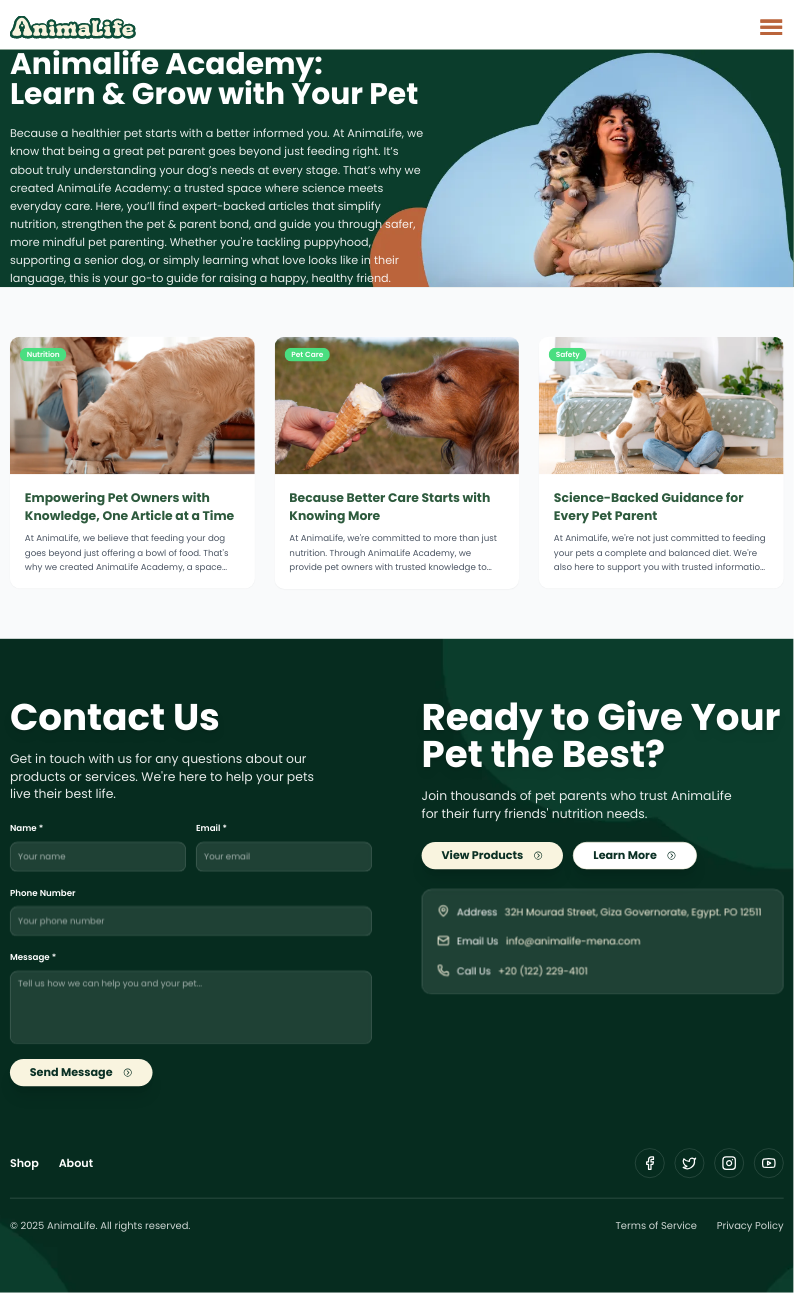
Repository: the-jupiteragency/animalife
Page: /academy
An editor plug-in stored every save of this project. The page is shown before and after the next save, followed by the edit.
The browser window is 1280 px wide. The pictures show the whole page, at 62% of full size.
The project was rebuilt for these pictures with package versions that can differ from the ones it lists, and the page was loaded fresh each time. The framework's server and built-in components were replaced by stand-ins that run in the browser. Also part of the build but not shown: next.config.mjs.

Above is the page before, as saved 2025-08-05 09:32:00.

### app/layout.tsx
import type { Metadata, Viewport } from "next";
import "./globals.css";
import { Header } from "@/components/header";
import { Footer } from "@/components/footer";
import Script from "next/script";

export const metadata: Metadata = {
  metadataBase: new URL('https://animalife.vercel.app'),
  title: {
    default: "AnimaLife | Science-Driven Pet Nutrition & Wellness",
    template: "%s | AnimaLife"
  },
  description:
    "AnimaLife offers science-driven, complete, and balanced nutrition for pets. Discover products tailored to your pet's unique needs, expert advice, and a passionate community of animal lovers.",
  keywords: [
    "AnimaLife",
    "pet nutrition",
    "dog food",
    "cat food",
    "science-based pet care",
    "pet wellness",
    "healthy pets",
    "animal health",
    "pet products",
    "pet academy",
    "pet community",
    "premium pet food",
    "natural pet nutrition",
    "pet health supplements"
  ],
  authors: [{ name: "AnimaLife Team", url: "https://animalife.vercel.app" }],
  creator: "AnimaLife",
  publisher: "AnimaLife",
  formatDetection: {
    email: false,
    address: false,
    telephone: false,
  },
  category: 'Pet Care',
  classification: 'Pet Nutrition and Wellness',
  openGraph: {
    title: "AnimaLife | Science-Driven Pet Nutrition & Wellness",
    description:
      "AnimaLife offers science-driven, complete, and balanced nutrition for pets. Discover products tailored to your pet's unique needs, expert advice, and a passionate community of animal lovers.",
    url: "https://animalife.vercel.app",
    siteName: "AnimaLife",
    images: [
      {
        url: "/hero1.webp",
        width: 1200,
        height: 630,
        alt: "AnimaLife - Science-Driven Pet Nutrition",
      },
    ],
    locale: "en_US",
    type: "website",
  },
  twitter: {
    card: 'summary_large_image',
    title: 'AnimaLife | Science-Driven Pet Nutrition & Wellness',
    description: 'AnimaLife offers science-driven, complete, and balanced nutrition for pets. Discover products tailored to your pet\'s unique needs.',
    images: ['/hero1.webp'],
    creator: '@animalife',
    site: '@animalife'
  },
  robots: {
    index: true,
    follow: true,
    googleBot: {
      index: true,
      follow: true,
      'max-video-preview': -1,
      'max-image-preview': 'large',
      'max-snippet': -1,
    },
  },
  icons: {
    icon: [
      { url: '/favicon.ico' },
      { url: '/favicon.png', type: 'image/png' },
    ],
    shortcut: '/favicon.ico',
    apple: [
      { url: '/apple-touch-icon.png' },
      { url: '/apple-touch-icon-72x72.png', sizes: '72x72', type: 'image/png' },
      { url: '/apple-touch-icon-114x114.png', sizes: '114x114', type: 'image/png' },
    ],
  },
  manifest: '/site.webmanifest',
  alternates: {
    canonical: 'https://animalife.vercel.app',
  },
  verification: {
    google: 'your-google-verification-code',
    yandex: 'your-yandex-verification-code',
    yahoo: 'your-yahoo-verification-code',
  },
};

export const viewport: Viewport = {
  themeColor: "#1B4838",
};

const jsonLd = {
  '@context': 'https://schema.org',
  '@type': 'Organization',
  name: 'AnimaLife',
  url: 'https://animalife.vercel.app',
  logo: 'https://animalife.vercel.app/logo.svg',
  description: 'AnimaLife offers science-driven, complete, and balanced nutrition for pets.',
  contactPoint: {
    '@type': 'ContactPoint',
    contactType: 'Customer Service',
    availableLanguage: 'English'
  },
  sameAs: [
    'https://facebook.com/animalife',
    'https://twitter.com/animalife',
    'https://instagram.com/animalife'
  ],
  address: {
    '@type': 'PostalAddress',
    addressCountry: 'EG'
  }
};

export default function RootLayout({
  children,
}: Readonly<{
  children: React.ReactNode;
}>) {
  return (
    <html lang="en">
      <head>
        <link rel="preconnect" href="https://fonts.googleapis.com" />
        <link rel="preconnect" href="https://fonts.gstatic.com" crossOrigin="anonymous" />
        <link rel="dns-prefetch" href="https://fonts.googleapis.com" />
        <meta name="theme-color" content="#1B4838" />
        <meta name="msapplication-TileColor" content="#1B4838" />
        <meta name="apple-mobile-web-app-capable" content="yes" />
        <meta name="apple-mobile-web-app-status-bar-style" content="default" />
        <meta name="format-detection" content="telephone=no" />
        <Script
          id="json-ld"
          type="application/ld+json"
          dangerouslySetInnerHTML={{ __html: JSON.stringify(jsonLd) }}
        />
      </head>
      <body>
        <Header />
        {children}
        <Footer />
      </body>
    </html>
  );
}

### app/academy/page.tsx
"use client";

import { Card, CardContent } from "@/components/ui/card";
import { Badge } from "@/components/ui/badge";
import Image from "next/image";
import Link from "next/link";
import { Header } from "@/components/header";
import { AcademyPosts } from "@/app/data/academy-posts";

// Remove the hardcoded blogPosts array and use:
const blogPosts = AcademyPosts;

export default function AcademyPage() {
  return (
    <div className="min-h-screen bg-white">
      {/* Header */}
      <Header />
      {/* Add top padding to account for fixed header */}
      <div className="pt-20">
        {/* Hero Banner Section */}
        <section className="relative h-full bg-[#2d5a3d] overflow-hidden">
          <div className="absolute inset-0">
            <Image
              src="/academy-banner.webp"
              alt="Academy Banner"
              fill
              className="object-cover w-full h-full"
              priority
            />
          </div>
          <div className="relative z-10 container mx-auto px-4 h-full flex items-center">
            <div className="max-w-2xl">
              <h1 className="text-4xl md:text-5xl font-bold text-white mb-6">
                Animalife Academy:
                <br />
                Learn & Grow with Your Pet
              </h1>
              <p className="text-lg text-white/90 leading-relaxed">
                Because a healthier pet starts with a better informed you. At
                AnimaLife, we know that being a great pet parent goes beyond
                just feeding right. It’s about truly understanding your dog’s
                needs at every stage. That’s why we created AnimaLife Academy: a
                trusted space where science meets everyday care. Here, you’ll
                find expert-backed articles that simplify nutrition, strengthen
                the pet & parent bond, and guide you through safer, more mindful
                pet parenting. Whether you're tackling puppyhood, supporting a
                senior dog, or simply learning what love looks like in their
                language, this is your go-to guide for raising a happy, healthy
                friend.
              </p>
            </div>
          </div>
        </section>

        {/* Blog Posts Grid */}
        <section className="py-12 md:py-20 bg-gray-50">
          <div className="container mx-auto px-4">
            <div className="grid grid-cols-1 md:grid-cols-2 lg:grid-cols-3 gap-6 md:gap-8">
              {blogPosts.map((post) => (
                <Link key={post.id} href={`/academy/${post.id}`}>
                  <Card className="cursor-pointer transform transition-all duration-300 hover:scale-105 hover:shadow-xl bg-white border-0 rounded-2xl overflow-hidden group">
                    <CardContent className="p-0">
                      <div className="aspect-video relative overflow-hidden">
                        <Image
                          src={post.image || "/placeholder.svg"}
                          alt={post.title}
                          fill
                          className="object-cover w-full h-full group-hover:scale-105 transition-all duration-500"
                          sizes="(max-width: 768px) 100vw, (max-width: 1200px) 50vw, 33vw"
                        />
                        <div className="absolute top-4 left-4">
                          <Badge className="bg-[#4ade80] text-white hover:bg-[#22c55e] group-hover:scale-110 transition-transform duration-300">
                            {post.category}
                          </Badge>
                        </div>
                      </div>

                      <div className="p-4 md:p-6">
                        <h3 className="text-lg md:text-xl font-bold text-[#2d5a3d] mb-3 line-clamp-2 group-hover:text-[#1e3a2a] transition-colors duration-300">
                          {post.title}
                        </h3>
                        <p className="text-gray-600 text-sm leading-relaxed line-clamp-3 group-hover:text-gray-700 transition-colors duration-300">
                          {post.excerpt}
                        </p>
                      </div>
                    </CardContent>
                  </Card>
                </Link>
              ))}
            </div>
          </div>
        </section>
      </div>{" "}
      {/* Close pt-20 div */}
    </div>
  );
}

### components/header.tsx
"use client";

import { useState, useEffect } from "react";
import { Menu, X } from "lucide-react";
import { GiHamburgerMenu } from "react-icons/gi";
import { IoMdCloseCircle } from "react-icons/io";
import { Button } from "@/components/ui/button";
import Link from "next/link";
import Image from "next/image";

export function Header() {
  const [isMenuOpen, setIsMenuOpen] = useState(false);
  const [scrolled, setScrolled] = useState(false);

  useEffect(() => {
    const handleScroll = () => {
      setScrolled(window.scrollY > 10);
    };
    window.addEventListener("scroll", handleScroll);
    return () => window.removeEventListener("scroll", handleScroll);
  }, []);

  return (
    <header
      className={`fixed top-0 left-0 right-0 z-50 transition-colors duration-300 ${
        scrolled ? "bg-[#0A3D2C]" : "bg-transparent"
      }`}
    >
      <div className="container mx-auto px-4 py-4 md:py-6 flex items-center justify-between font-mono font-normal text-base bg-transparent text-[rgba(249,244,223,1)] flex-row">
        <Link
          href="/"
          className="text-white text-xl md:text-2xl font-bold hover:text-green-200 transition-colors"
        >
          <Image
            src="/logo.svg"
            alt="AnimaLife"
            width={120}
            height={120}
            priority
            style={{ width: "auto", height: "auto" }}
          />
        </Link>

        <div
          className="transition-all duration-300 hover:scale-110"
          onClick={() => setIsMenuOpen(!isMenuOpen)}
        >
          {isMenuOpen ? (
            <IoMdCloseCircle
              className={`h-10 w-10 ${scrolled ? "text-white" : "text-[#1B4838]"}`}
            />
          ) : (
            <GiHamburgerMenu
              className={`h-10 w-10 ${scrolled ? "text-white" : "md:text-[#BA643B]"}`}
            />
          )}
        </div>
      </div>

      {/* Menu Overlay */}
      {isMenuOpen && (
        <div className="fixed inset-0 z-50 bg-[#2d5a3d]">
          <div className="absolute top-4 right-4">
            <div
              className="text-white transition-all duration-300 hover:scale-110"
              onClick={() => setIsMenuOpen(false)}
            >
              <IoMdCloseCircle className="h-12 w-12" />
            </div>
          </div>

          <div className="flex items-center justify-center min-h-screen">
            <nav className="text-center space-y-8 md:space-y-12">
              <Link
                href="/"
                className="block text-white text-xl md:text-2xl font-medium hover:text-green-200 transition-colors"
                onClick={() => setIsMenuOpen(false)}
              >
                Home
              </Link>
              <Link
                href="/products"
                className="block text-white text-xl md:text-2xl font-medium hover:text-green-200 transition-colors"
                onClick={() => setIsMenuOpen(false)}
              >
                Our Products
              </Link>
              <Link
                href="/about"
                className="block text-white text-xl md:text-2xl font-medium hover:text-green-200 transition-colors"
                onClick={() => setIsMenuOpen(false)}
              >
                Discover AnimaLife
              </Link>
              <Link
                href="/academy"
                className="block text-white text-xl md:text-2xl font-medium hover:text-green-200 transition-colors"
                onClick={() => setIsMenuOpen(false)}
              >
                AnimaLife Academy
              </Link>
            </nav>
          </div>
        </div>
      )}
    </header>
  );
}

### components/ui/card.tsx
import * as React from "react"

import { cn } from "@/lib/utils"

const Card = React.forwardRef<
  HTMLDivElement,
  React.HTMLAttributes<HTMLDivElement>
>(({ className, ...props }, ref) => (
  <div
    ref={ref}
    className={cn(
      "rounded-lg border bg-card text-card-foreground shadow-sm",
      className
    )}
    {...props}
  />
))
Card.displayName = "Card"

const CardHeader = React.forwardRef<
  HTMLDivElement,
  React.HTMLAttributes<HTMLDivElement>
>(({ className, ...props }, ref) => (
  <div
    ref={ref}
    className={cn("flex flex-col space-y-1.5 p-6", className)}
    {...props}
  />
))
CardHeader.displayName = "CardHeader"

const CardTitle = React.forwardRef<
  HTMLDivElement,
  React.HTMLAttributes<HTMLDivElement>
>(({ className, ...props }, ref) => (
  <div
    ref={ref}
    className={cn(
      "text-2xl font-semibold leading-none tracking-tight",
      className
    )}
    {...props}
  />
))
CardTitle.displayName = "CardTitle"

const CardDescription = React.forwardRef<
  HTMLDivElement,
  React.HTMLAttributes<HTMLDivElement>
>(({ className, ...props }, ref) => (
  <div
    ref={ref}
    className={cn("text-sm text-muted-foreground", className)}
    {...props}
  />
))
CardDescription.displayName = "CardDescription"

const CardContent = React.forwardRef<
  HTMLDivElement,
  React.HTMLAttributes<HTMLDivElement>
>(({ className, ...props }, ref) => (
  <div ref={ref} className={cn("p-6 pt-0", className)} {...props} />
))
CardContent.displayName = "CardContent"

const CardFooter = React.forwardRef<
  HTMLDivElement,
  React.HTMLAttributes<HTMLDivElement>
>(({ className, ...props }, ref) => (
  <div
    ref={ref}
    className={cn("flex items-center p-6 pt-0", className)}
    {...props}
  />
))
CardFooter.displayName = "CardFooter"

export { Card, CardHeader, CardFooter, CardTitle, CardDescription, CardContent }

### components/ui/badge.tsx
import * as React from "react"
import { cva, type VariantProps } from "class-variance-authority"

import { cn } from "@/lib/utils"

const badgeVariants = cva(
  "inline-flex items-center rounded-full border px-2.5 py-0.5 text-xs font-semibold transition-colors focus:outline-none focus:ring-2 focus:ring-ring focus:ring-offset-2",
  {
    variants: {
      variant: {
        default:
          "border-transparent bg-primary text-primary-foreground hover:bg-primary/80",
        secondary:
          "border-transparent bg-secondary text-secondary-foreground hover:bg-secondary/80",
        destructive:
          "border-transparent bg-destructive text-destructive-foreground hover:bg-destructive/80",
        outline: "text-foreground",
      },
    },
    defaultVariants: {
      variant: "default",
    },
  }
)

export interface BadgeProps
  extends React.HTMLAttributes<HTMLDivElement>,
    VariantProps<typeof badgeVariants> {}

function Badge({ className, variant, ...props }: BadgeProps) {
  return (
    <div className={cn(badgeVariants({ variant }), className)} {...props} />
  )
}

export { Badge, badgeVariants }

### components/ui/button.tsx
import * as React from "react";
import { Slot } from "@radix-ui/react-slot";
import { cva, type VariantProps } from "class-variance-authority";

import { cn } from "@/lib/utils";

const buttonVariants = cva(
  "inline-flex items-center justify-center gap-2 whitespace-nowrap rounded-md text-sm font-medium ring-offset-background transition-colors focus-visible:outline-none focus-visible:ring-2 focus-visible:ring-ring focus-visible:ring-offset-2 disabled:pointer-events-none disabled:opacity-50 [&_svg]:pointer-events-none [&_svg]:size-4 [&_svg]:shrink-0",
  {
    variants: {
      variant: {
        default: "bg-primary text-primary-foreground hover:bg-primary/90",
        destructive:
          "bg-destructive text-destructive-foreground hover:bg-destructive/90",
        outline:
          "border border-input bg-background hover:bg-accent hover:text-accent-foreground",
        secondary:
          "bg-secondary text-secondary-foreground hover:bg-secondary/80",
        ghost: "hover:bg-accent hover:text-accent-foreground",
        link: "text-primary underline-offset-4 hover:underline",
        icon: "bg-transparent",
        hover:
          "bg-[#F9F4DF] text-[#0A3024] hover:bg-[#A7552E] hover:text-white",
      },
      size: {
        default: "h-10 px-4 py-2",
        sm: "h-9 rounded-md px-3",
        lg: "h-11 rounded-md px-8",
        icon: "h-10 w-10",
      },
    },
    defaultVariants: {
      variant: "default",
      size: "default",
    },
  }
);

export interface ButtonProps
  extends React.ButtonHTMLAttributes<HTMLButtonElement>,
    VariantProps<typeof buttonVariants> {
  asChild?: boolean;
}

const Button = React.forwardRef<HTMLButtonElement, ButtonProps>(
  ({ className, variant, size, asChild = false, ...props }, ref) => {
    const Comp = asChild ? Slot : "button";
    return (
      <Comp
        className={cn(buttonVariants({ variant, size, className }))}
        ref={ref}
        {...props}
      />
    );
  }
);
Button.displayName = "Button";

export { Button, buttonVariants };

### components/ui/input.tsx
import * as React from "react"

import { cn } from "@/lib/utils"

const Input = React.forwardRef<HTMLInputElement, React.ComponentProps<"input">>(
  ({ className, type, ...props }, ref) => {
    return (
      <input
        type={type}
        className={cn(
          "flex h-10 w-full rounded-md border border-input bg-background px-3 py-2 text-base ring-offset-background file:border-0 file:bg-transparent file:text-sm file:font-medium file:text-foreground placeholder:text-muted-foreground focus-visible:outline-none focus-visible:ring-2 focus-visible:ring-ring focus-visible:ring-offset-2 disabled:cursor-not-allowed disabled:opacity-50 md:text-sm",
          className
        )}
        ref={ref}
        {...props}
      />
    )
  }
)
Input.displayName = "Input"

export { Input }

### tailwind.config.ts
import type { Config } from "tailwindcss";

const config: Config = {
  darkMode: ["class"],
  content: [
    "./pages/**/*.{js,ts,jsx,tsx,mdx}",
    "./components/**/*.{js,ts,jsx,tsx,mdx}",
    "./app/**/*.{js,ts,jsx,tsx,mdx}",
    "*.{js,ts,jsx,tsx,mdx}",
  ],
  theme: {
    extend: {
      colors: {
        background: "hsl(var(--background))",
        foreground: "hsl(var(--foreground))",
        card: {
          DEFAULT: "hsl(var(--card))",
          foreground: "hsl(var(--card-foreground))",
        },
        popover: {
          DEFAULT: "hsl(var(--popover))",
          foreground: "hsl(var(--popover-foreground))",
        },
        primary: {
          DEFAULT: "hsl(var(--primary))",
          foreground: "hsl(var(--primary-foreground))",
        },
        secondary: {
          DEFAULT: "hsl(var(--secondary))",
          foreground: "hsl(var(--secondary-foreground))",
        },
        muted: {
          DEFAULT: "hsl(var(--muted))",
          foreground: "hsl(var(--muted-foreground))",
        },
        accent: {
          DEFAULT: "hsl(var(--accent))",
          foreground: "hsl(var(--accent-foreground))",
        },
        destructive: {
          DEFAULT: "hsl(var(--destructive))",
          foreground: "hsl(var(--destructive-foreground))",
        },
        border: "hsl(var(--border))",
        input: "hsl(var(--input))",
        ring: "hsl(var(--ring))",
        chart: {
          "1": "hsl(var(--chart-1))",
          "2": "hsl(var(--chart-2))",
          "3": "hsl(var(--chart-3))",
          "4": "hsl(var(--chart-4))",
          "5": "hsl(var(--chart-5))",
        },
        sidebar: {
          DEFAULT: "hsl(var(--sidebar-background))",
          foreground: "hsl(var(--sidebar-foreground))",
          primary: "hsl(var(--sidebar-primary))",
          "primary-foreground": "hsl(var(--sidebar-primary-foreground))",
          accent: "hsl(var(--sidebar-accent))",
          "accent-foreground": "hsl(var(--sidebar-accent-foreground))",
          border: "hsl(var(--sidebar-border))",
          ring: "hsl(var(--sidebar-ring))",
        },
      },
      borderRadius: {
        lg: "var(--radius)",
        md: "calc(var(--radius) - 2px)",
        sm: "calc(var(--radius) - 4px)",
      },
      fontFamily: {
        sans: [
          'Poppins',
          '-apple-system',
          'BlinkMacSystemFont',
          'Segoe UI',
          'Roboto',
          'Oxygen',
          'Ubuntu',
          'Cantarell',
          'Fira Sans',
          'Droid Sans',
          'Helvetica Neue',
          'sans-serif'
        ],
        headline: [
          'Co Headline',
          'Poppins',
          '-apple-system',
          'BlinkMacSystemFont',
          'Segoe UI',
          'sans-serif'
        ],
      },
      keyframes: {
        "accordion-down": {
          from: {
            height: "0",
          },
          to: {
            height: "var(--radix-accordion-content-height)",
          },
        },
        "accordion-up": {
          from: {
            height: "var(--radix-accordion-content-height)",
          },
          to: {
            height: "0",
          },
        },
      },
      animation: {
        "accordion-down": "accordion-down 0.2s ease-out",
        "accordion-up": "accordion-up 0.2s ease-out",
      },
    },
  },
  plugins: [require("tailwindcss-animate")],
};
export default config;

Loaded but not shown: components/ui/textarea.tsx (common file); lib/utils.ts (common file); components/footer.tsx (439 lines, source omitted); app/data/academy-posts.ts (242 lines, source omitted); app/globals.css (185 lines, source omitted)

After the next save:
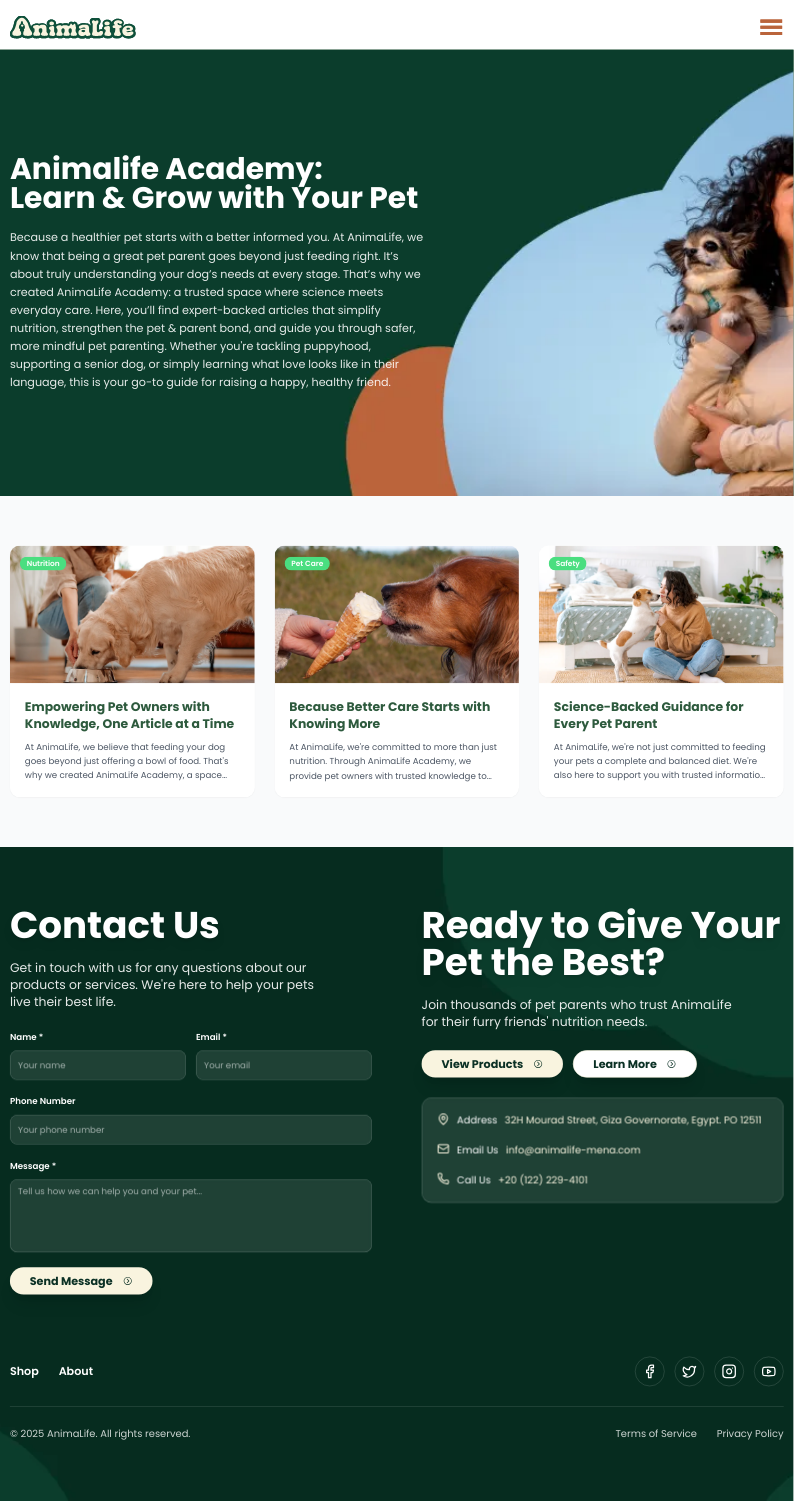
Saved 7 s later.
--- a/app/academy/page.tsx
+++ b/app/academy/page.tsx
@@ -18,7 +18,7 @@
       {/* Add top padding to account for fixed header */}
       <div className="pt-20">
         {/* Hero Banner Section */}
-        <section className="relative h-full bg-[#2d5a3d] overflow-hidden">
+        <section className="relative h-screen bg-[#2d5a3d] overflow-hidden">
           <div className="absolute inset-0">
             <Image
               src="/academy-banner.webp"
